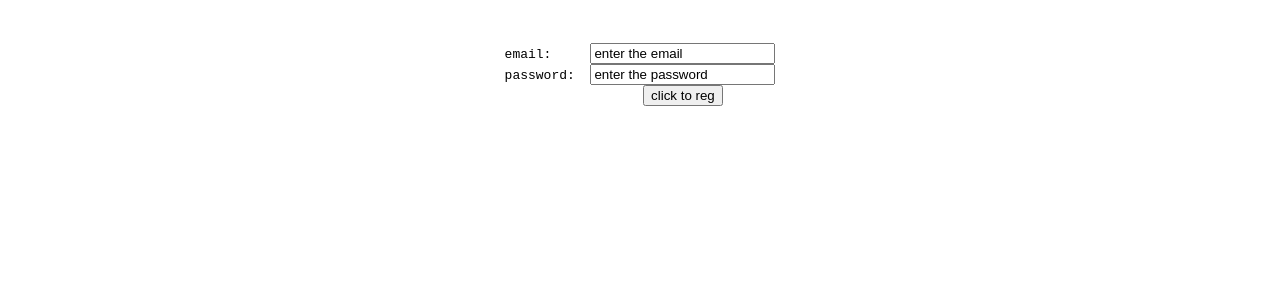
Repository: Raghava3/spring
Page: http://localhost/studentregistration/login
An editor plug-in stored every save of this project. The page is shown before and after the next save, followed by the edit.
The browser window is 1280 px wide. The pictures show the whole page.
The page is served by Tomcat 9.

Above is the page before, as saved 2017-04-04 06:11:51.

After the next save:
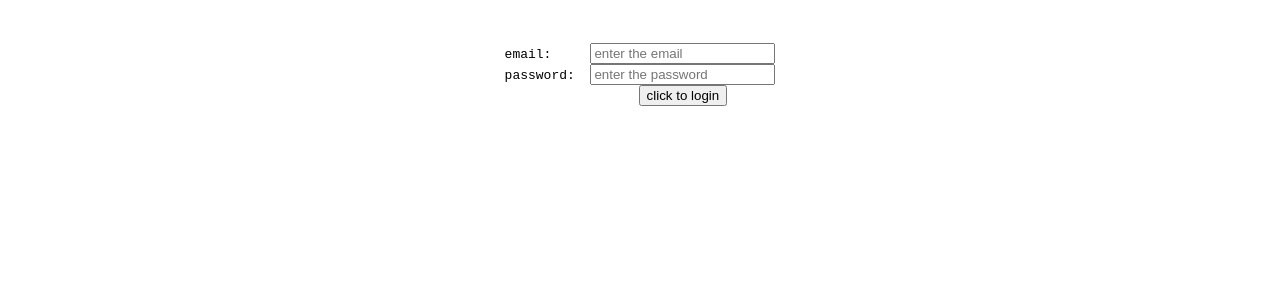
Saved 13 s later.
--- a/studentcompleteregistration/studentregistration/src/main/webapp/WEB-INF/jsp/LoginPage.jsp
+++ b/studentcompleteregistration/studentregistration/src/main/webapp/WEB-INF/jsp/LoginPage.jsp
@@ -9,10 +9,10 @@
 <body>
 <pre>
 <center>
-<form action="loginpage" method="post">
-email:     <input type="text" name="email" value="enter the email">
-password:  <input type="pass" name="password" value="enter the password">
-           <input type="submit" value="click to reg">
+<form action="home" method="post">
+email:     <input type="text" name="email" placeholder="enter the email">
+password:  <input type="pass" name="password" placeholder="enter the password">
+           <input type="submit" value="click to login">
 </form>
 </center>
 </pre>
